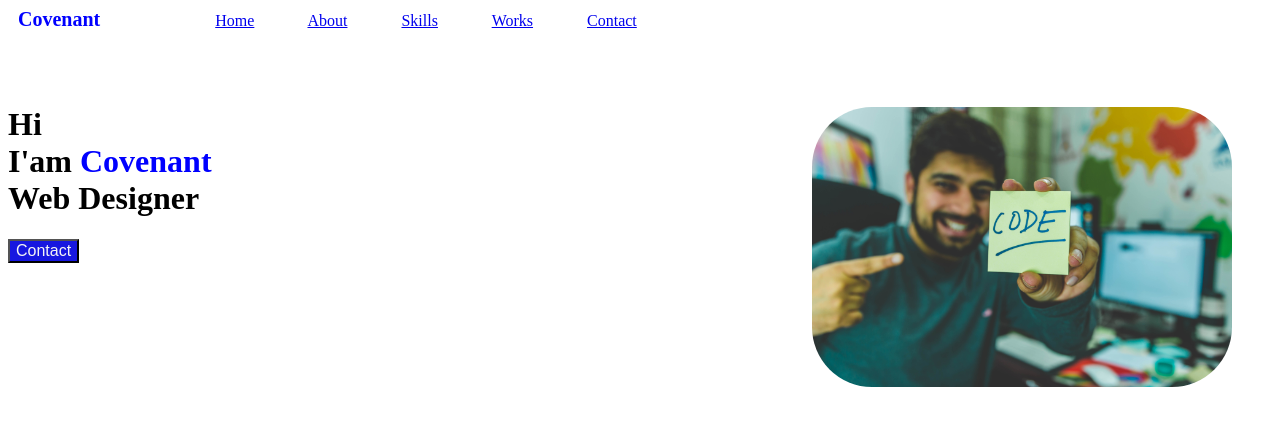
Repository: Tobby004/bdc-assignment-1
Page: index.html
An editor plug-in stored every save of this project. The page is shown before and after the next save, followed by the edit.
The browser window is 1280 px wide. The pictures show the whole page.

Above is the page before, as saved 2023-02-09 10:21:14.

### index.html
<!DOCTYPE html>
<html lang="en">
<head>
    <meta charset="UTF-8">
    <meta http-equiv="X-UA-Compatible" content="IE=edge">
    <meta name="viewport" content="width=device-width, initial-scale=1.0">
    <title>Document</title>
    <link rel="stylesheet" href="task.css">
</head>
<body>
    <header>
        <b>
            Covenant
        </b>
        <a href="#">
            Home</a>
            <a href="#">About</a>
            <a href="#">Skills</a>
            <a href="#">Works</a>
            <a href="#">Contact</a>
    </header>
    <br>
    <br>
   <img src="image/Cov.jpg">
   <br>
   <h1>Hi <br> I'am <b>Covenant</b><br> Web Designer</h1>
<button>Contact</button>
</body>
</html>

### task.css
* {
    box-sizing: border-box;
}
header{
    max-width: 500%;
    display: flexbox;
    color: blue;
}
header b {
font-size: 20px;
padding: 10px;
margin-right: 100px;
width: 100%;
margin-bottom: 20px;
justify-content: space-between;
}
header a {
    margin-inline-end: 100px;
    max-width: 500%;
    margin-inline-end: 50px;

}
img{
    width: 500px;
    padding: 40px;
    float: right;
    border-radius: 100px;
    border-width: 20%;
}
h1 b {
    color: blue;
}
button {
    background-color: rgb(23, 23, 224);
    font-size: medium;
    display: block;
    color: whitesmoke;
}

After the next save:
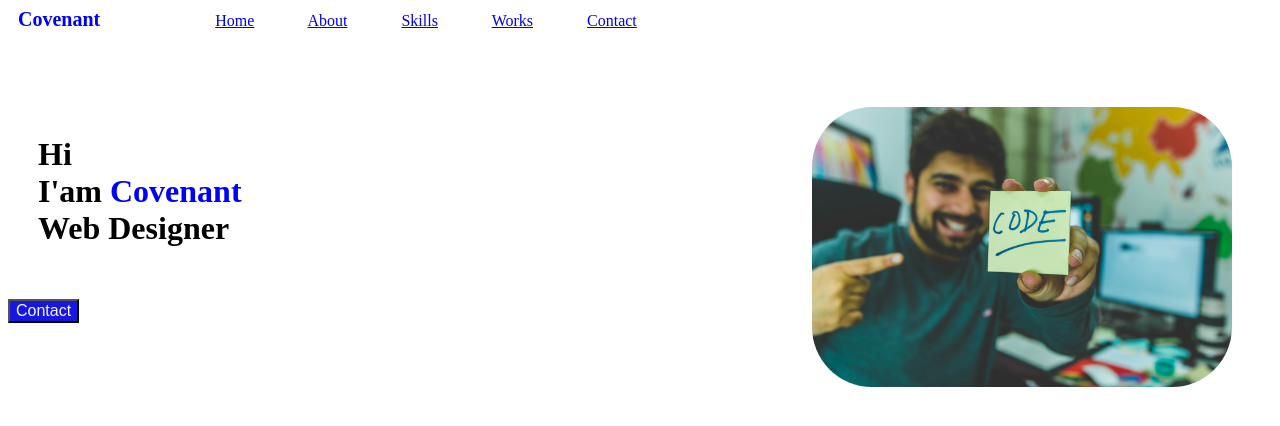
Saved 3 min 52 s later.
--- a/task.css
+++ b/task.css
@@ -36,3 +36,6 @@ button {
     display: block;
     color: whitesmoke;
 }
+h1 {
+    padding: 30px;
+}
